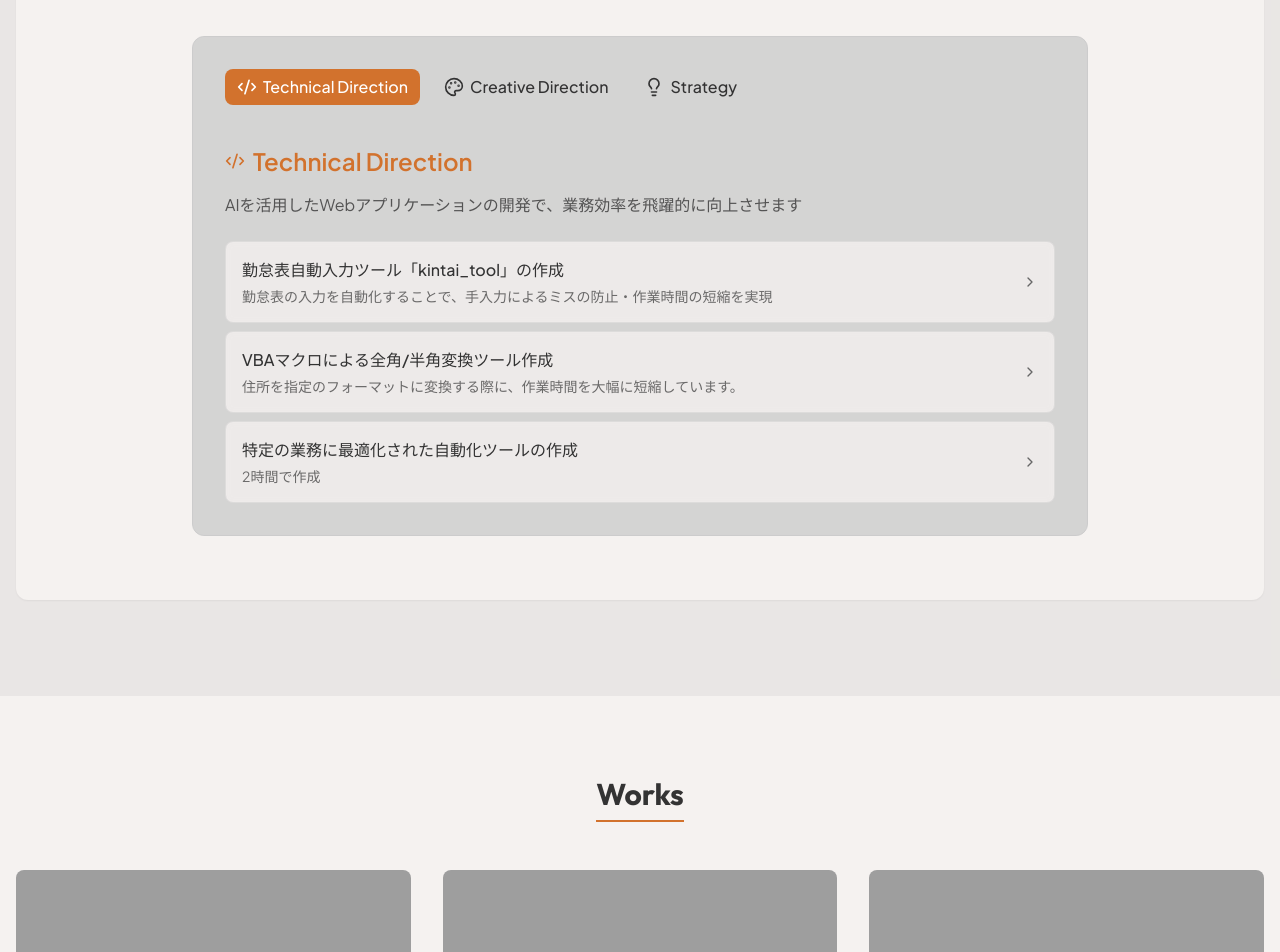
Repository: Tomo0108/portfolio_dot_tomo
Page: /
An editor plug-in stored every save of this project. The page is shown before and after the next save, followed by the edit.
The browser window is 1280 px wide. The pictures show the part of the page from y = 1354 to 2306 px (the page is 3996 px tall).
Pictures or frames that could not be fetched are drawn as grey boxes. The page's requests for data from a server got no answer. The project was rebuilt for these pictures with package versions that can differ from the ones it lists, and the page was loaded fresh each time. The framework's server and built-in components were replaced by stand-ins that run in the browser. No one was signed in, and anything a server would have sent is missing. Also part of the build but not shown: next.config.js, components/loading-spinner.tsx.

Above is the page before, as saved 2025-03-23 16:43:34.

After the next save:
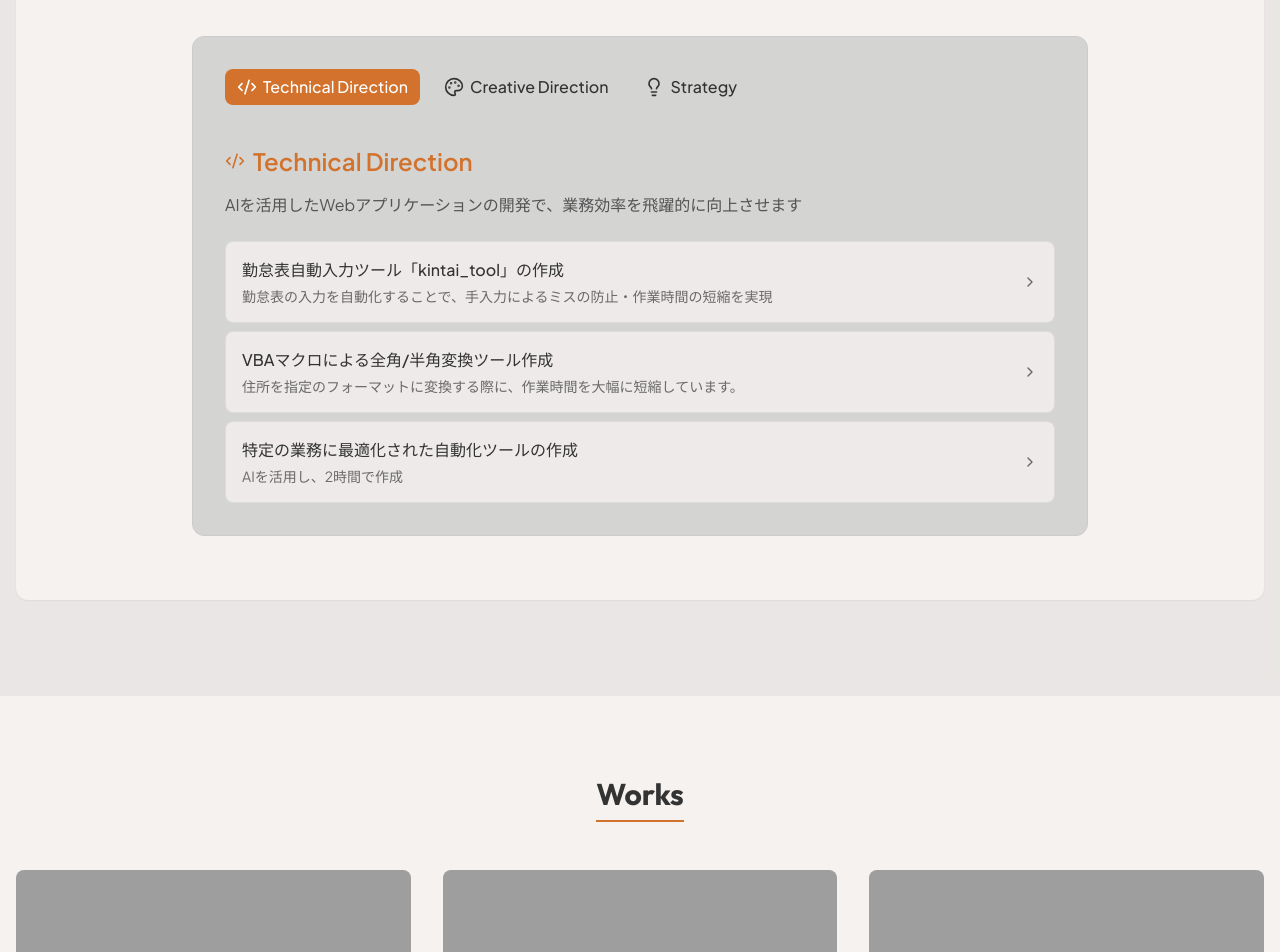
Saved 10 s later.
--- a/data/skills.ts
+++ b/data/skills.ts
@@ -36,7 +36,7 @@ export const skills: Skill[] = [
       {
         id: "tech-3",
         title: "特定の業務に最適化された自動化ツールの作成",
-        description: "2時間で作成",
+        description: "AIを活用し、2時間で作成",
         longDescription: "詳細な技術仕様や成果についての詳細な説明をここに記載します。"
       }
     ]
